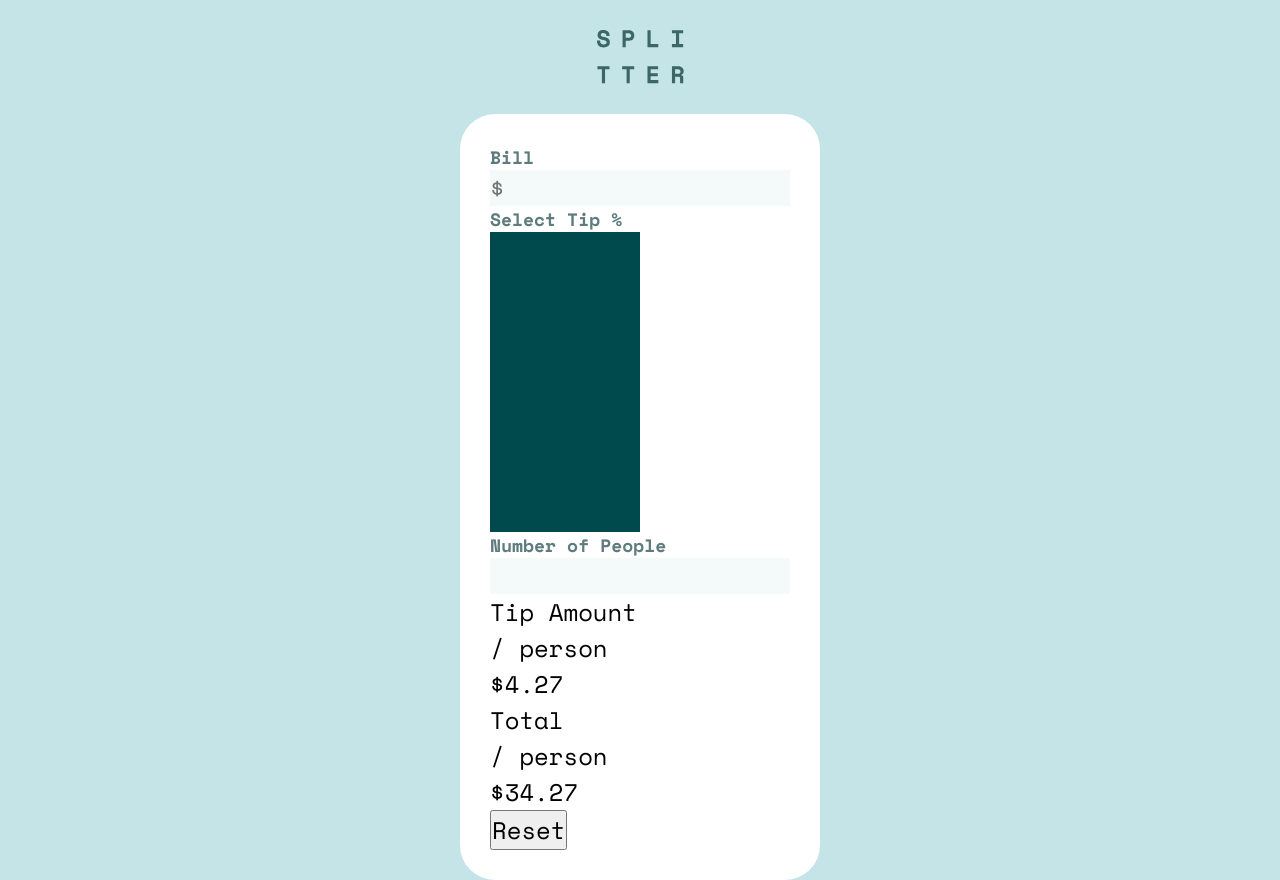
Repository: tomas938/tipcalculator
Page: /
These files come from the project's save history. The page is drawn as it stood at one moment and after the next save; the edit follows.
The browser window is 1280 px wide. The pictures show the whole page.
The project was rebuilt for these pictures with package versions that can differ from the ones it lists, and the page was loaded fresh each time.

Above is the page before, as saved 2021-08-03 22:14:30.

After the next save:
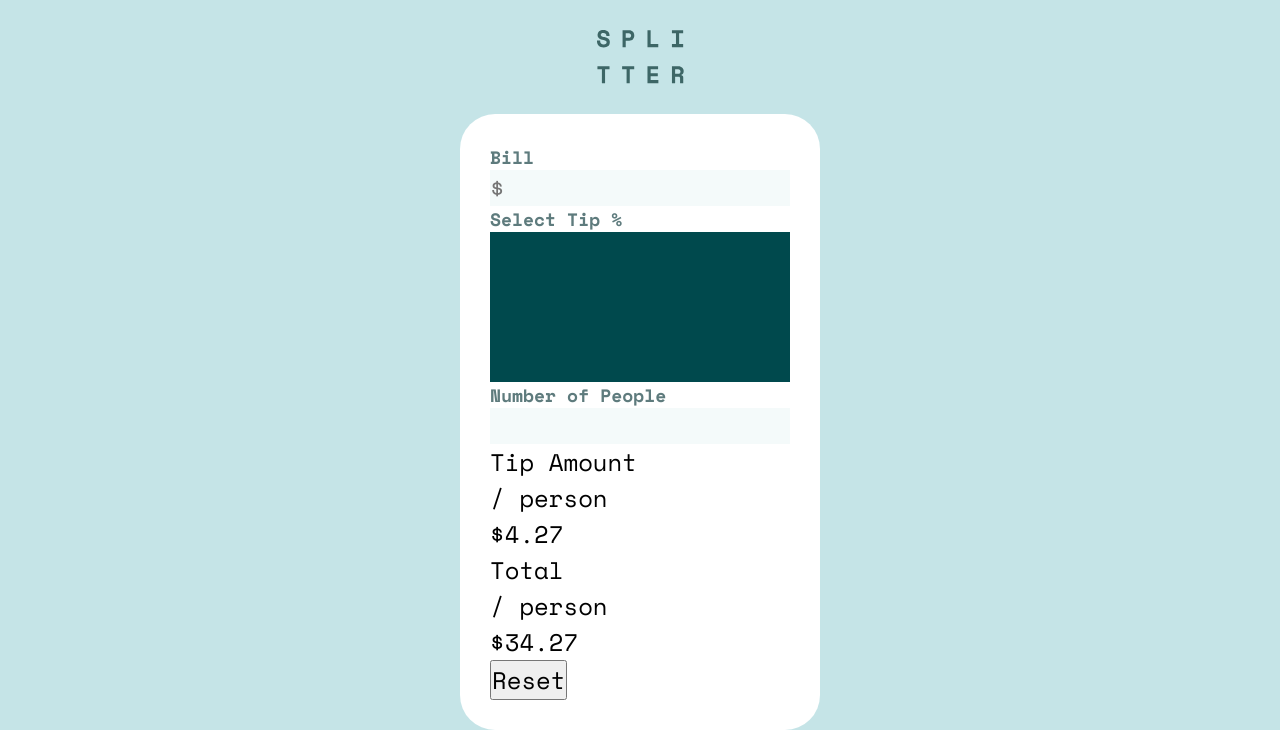
Saved 35 s later.
--- a/src/components/Splitter.vue
+++ b/src/components/Splitter.vue
@@ -64,6 +64,8 @@ svg {
 	padding: 30px;
 	border-radius: 35px;
 	&__grid {
+		display: grid;
+		grid-template-columns: 1fr 1fr;
 	}
 	&__grid__item {
 		width: 150px;
